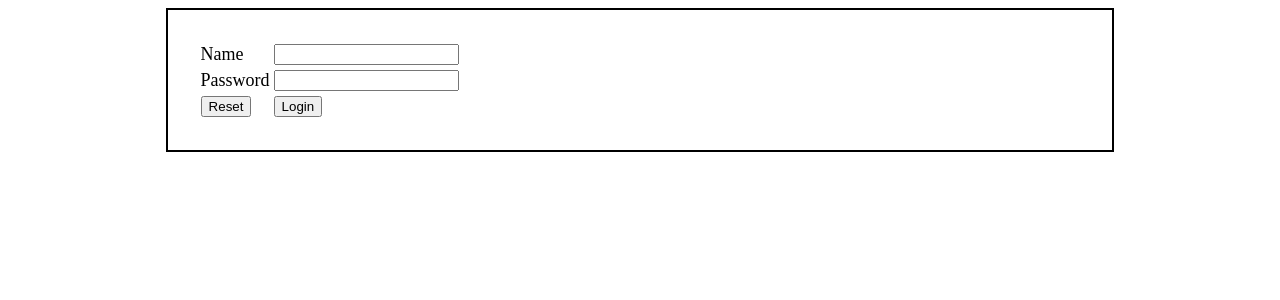
Repository: jks2127/SMS-webApp
Page: sms 1.2/WebContent/index.html
These files come from the project's save history. The page is drawn as it stood at one moment and after the next save; the edit follows.
The browser window is 1280 px wide. The pictures show the whole page.

Above is the page before, as saved 2021-06-11 12:22:44.

After the next save:
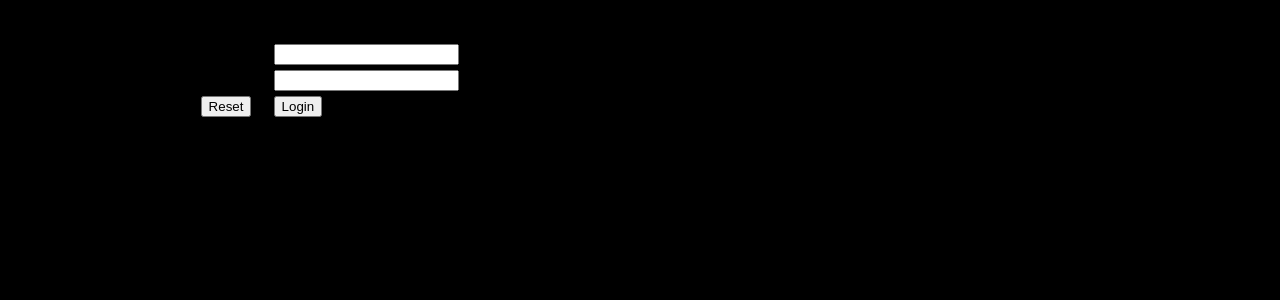
Saved 37 s later.
--- a/sms 1.2/WebContent/index.html
+++ b/sms 1.2/WebContent/index.html
@@ -15,7 +15,7 @@
 	</style>
 </head>
 
-<body id="body">
+<body id="body" bgcolor="black">
 <div class="container">
 	<form action="Login" method="POST">
 		<table>
